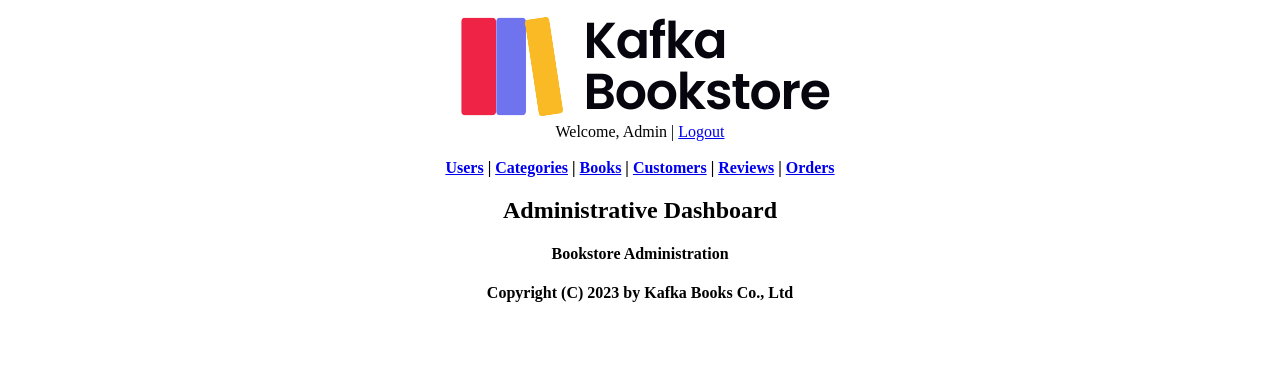
Repository: janvi2502/BookStore
Page: http://localhost/BookStoreWebsite/admin/user_form.jsp
An editor plug-in stored every save of this project. The page is shown before and after the next save, followed by the edit.
The browser window is 1280 px wide. The pictures show the whole page.
The page is served by Tomcat 10.

Above is the page before, as saved 2023-10-25 12:32:01.

After the next save:
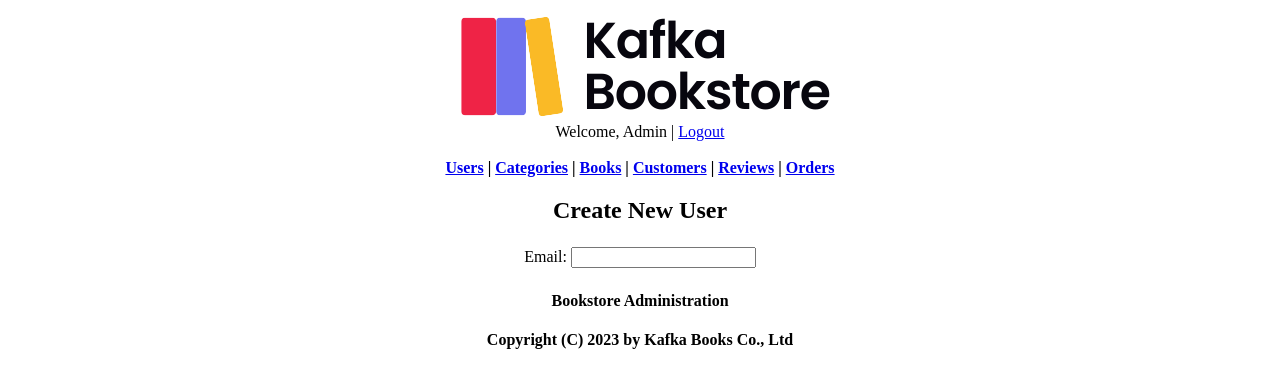
Saved 63 min 51 s later.
--- a/BookStoreWebsite/WebContent/admin/user_form.jsp
+++ b/BookStoreWebsite/WebContent/admin/user_form.jsp
@@ -9,11 +9,16 @@
 <body>
 	<jsp:directive.include file="header.jsp" />
 	<div align="center">
-		<h2>Administrative Dashboard</h2>
+		<h2>Create New User</h2>
 	</div>
 
 	<div align="center">
-
+		<table>
+			<tr>
+				<td>Email:</td>
+				<td><input type="text" name="email" size="20" /></td>
+			</tr>
+		</table>
 	</div>
 
 	<jsp:directive.include file="footer.jsp" />
